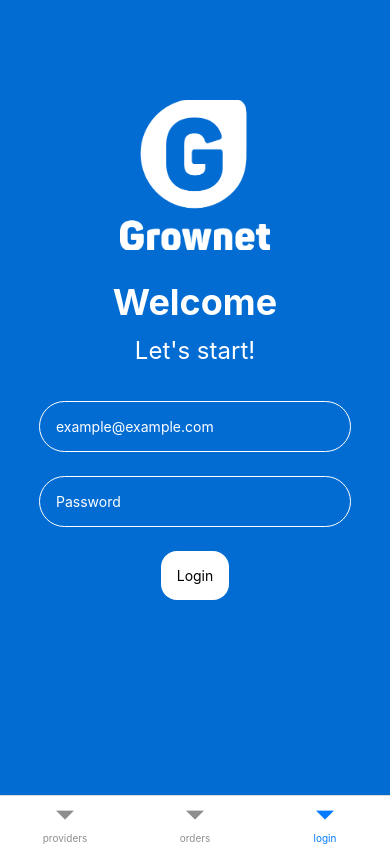
Repository: grownet-App/grownetAll
Screen: / (app in grownet-app/)
The author's editor kept a copy of each file at every save. The screen is drawn from the files as they stood at one save, then again after the next save.
The app was drawn by React Native's web renderer in a window 390 px wide. The project was rebuilt for these pictures with package versions that can differ from the ones it lists, and the page was loaded fresh each time. Also part of the build but not shown: grownet-app/screens/orders.js, grownet-app/screens/providers.js.

Above is the screen before, as saved 2023-07-05 18:13:45.

After the next save:
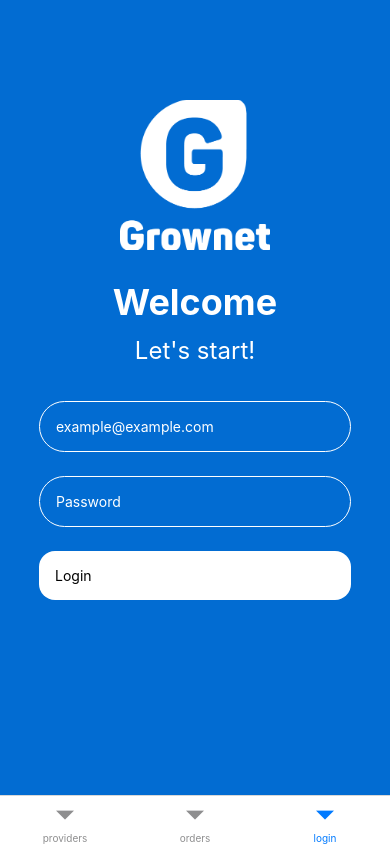
Saved 14 s later.
--- a/grownet-app/screens/loginPage.js
+++ b/grownet-app/screens/loginPage.js
@@ -31,8 +31,8 @@
   btnPrimary:{
     padding:16,
     backgroundColor: 'white',
-    borderRadius: 16
-
+    borderRadius: 16,
+    width: "80%"
   },
   container: {
     flex: 1,
